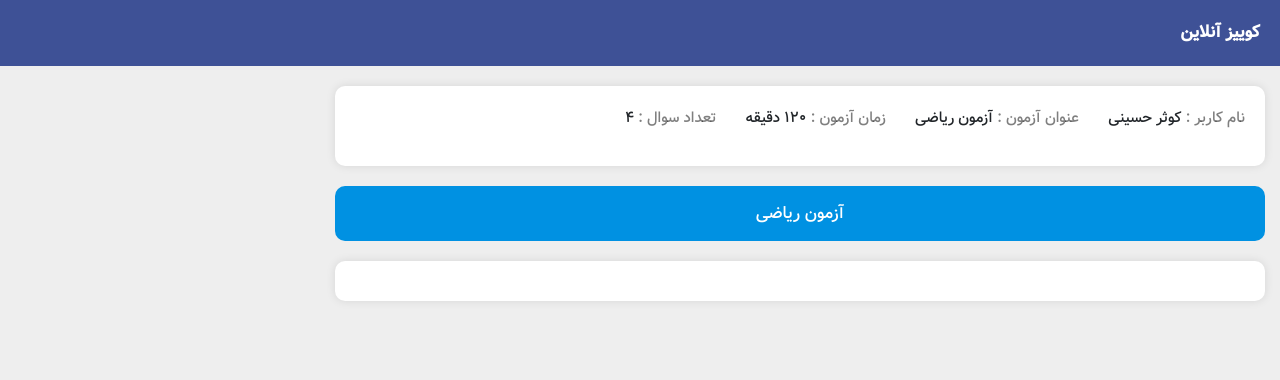
Repository: kosar78/quiz-online
Page: quiz.html
An editor plug-in stored every save of this project. The page is shown before and after the next save, followed by the edit.
The browser window is 1280 px wide. The pictures show the whole page.
Some web libraries are served in a nearby version.

Above is the page before, as saved 2022-01-09 21:13:46.

### quiz.html
<!DOCTYPE html>
<html lang="en">
<head>
    <meta charset="UTF-8">
    <meta name="viewport" content="width=device-width, initial-scale=1.0">
    <link rel="stylesheet" href="css/quiz.css">
    <link rel="stylesheet" href="bootstrap_files/css/bootstrap.min.css">
    <script type="text/javascript" src="JQuery_file/jQuery.js"></script>
    <script type="text/javascript" src="bootstrap_files/js/bootstrap.min.js"></script>
    <!-- <script type="text/javascript" src="js/signin.js"></script> -->
    <title>امتحان</title>
</head>
<body>
    <div class="container-fluid signin-container">
        <div class="row main-row">
            <div class="headerr">کوییز آنلاین</div>

            <div class="col-xl-9">
                <div class="quiz-details">
                    <ul>
                        <li>
                            <ul>
                                <li class="q-info-title">نام کاربر :</li>
                                <li>کوثر حسینی</li>
                            </ul>
                        </li>
                        <li>
                            <ul>
                                <li class="q-info-title">عنوان آزمون :</li>
                                <li>آزمون ریاضی</li>
                            </ul>
                        </li>
                        <li>
                            <ul>
                                <li class="q-info-title">زمان آزمون :</li>
                                <li>120 دقیقه</li>
                            </ul>
                        </li>
                        <li>
                            <ul>
                                <li class="q-info-title">تعداد سوال :</li>
                                <li>4</li>
                            </ul>
                        </li>
                    </ul>
                </div>
                <div class="exam-title-div">
                    <p class="exam-title">
                        آزمون ریاضی
                    </p>
                </div>


                <div class="question-box">

                </div>
            </div>
            <div class="col-xl-3">

            </div>
        </div>
    </div>

    <script src="https://cdnjs.cloudflare.com/ajax/libs/axios/0.18.0/axios.min.js"></script>
    <!-- <script src="./connectToDB/signUp.js"></script> -->

</body>
</html>

### css/quiz.css
@font-face {
    font-family: FirstFont;
    src:url(../font/Vazir-Medium.woff2) format('woff2');
    src:url(../font/Vazir-Medium-FD-WOL.woff2) format('woff2');
  }
* {
    margin: 0;
    padding: 0;
    user-select: none;
    -moz-user-select: none;
    -khtml-user-select: none;
    -webkit-user-select: none;
    -o-user-select: none;
    text-align: right;
    text-decoration:none;
}
html body {
    direction: rtl;
    font-family:FirstFont;
    text-align: center;
    /* background: linear-gradient(260.06deg, #363671 12.33%, #3E5196 57.46%); */
    /* height: 100vh; */
    background-color: #eee;
}

ul li{
    display: inline-block;
    list-style: none;
}
.headerr{
    background-color: #3E5196;
    color: white;
    font-weight: 600;
    width: 100%;
    padding: 20px;
    font-size: 17px;
}
.quiz-details,
.question-box{
    background-color: #fff;
    box-shadow: 0px 0px 10px rgba(0, 0, 0, 0.1);
    border-radius: 10px;
    width: 100%;
    height: max-content;
    padding: 20px !important;
    position: relative;
    margin: 20px 0;
}
.quiz-details ul li ul{
    margin-left: 25px;
    font-size: 15px;
}
.q-info-title{
    color: rgb(0, 0, 0,.5);
}
.exam-title-div{
    background-color:#0091E2;
    border-radius: 10px;
    width: 100%;
    height: max-content;
    padding: 15px !important;
    position: relative;
    margin: 20px 0;
}
.exam-title-div p{
    color: #fff;
    font-size: 17px;
    text-align: center;
    padding-top: 0px;
    margin-bottom: 0px;

}
::placeholder {
    color: rgb(0, 0, 0,.5);
    opacity: 0.95;
  }

:-ms-input-placeholder {
    color: rgb(0, 0, 0,.5);
}

::-ms-input-placeholder {
    color: rgb(0, 0, 0,.5);
}

@media(max-width:335px){
    #password,
    #username,
    #confirm-password,
    #code{
        width: 84%;
    }

}

Loaded but not shown: bootstrap_files/css/bootstrap.min.css (library); JQuery_file/jQuery.js (library); bootstrap_files/js/bootstrap.min.js (library)

After the next save:
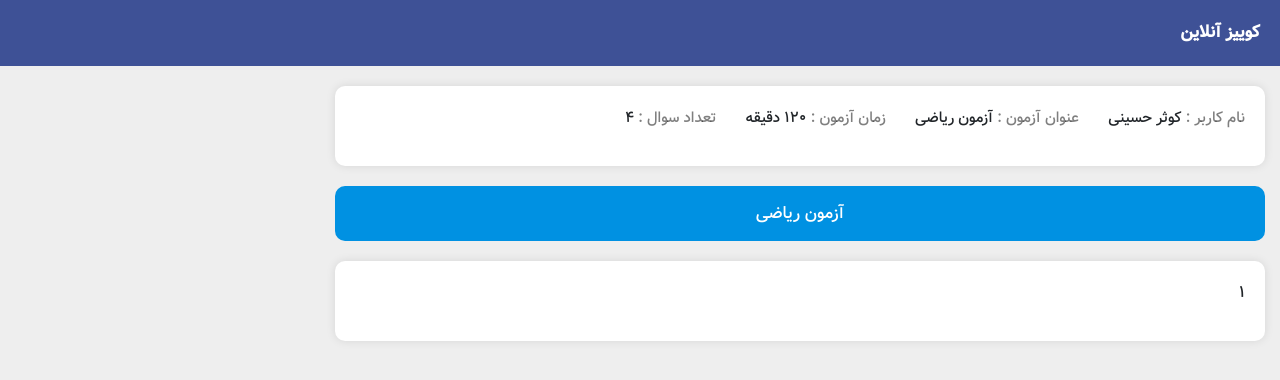
Saved 4 min 31 s later.
--- a/quiz.html
+++ b/quiz.html
@@ -52,7 +52,10 @@
 
 
                 <div class="question-box">
-
+                    <ul>
+                        <li class="question-number">1</li>
+                        <li class="question-"></li>
+                    </ul>
                 </div>
             </div>
             <div class="col-xl-3">
